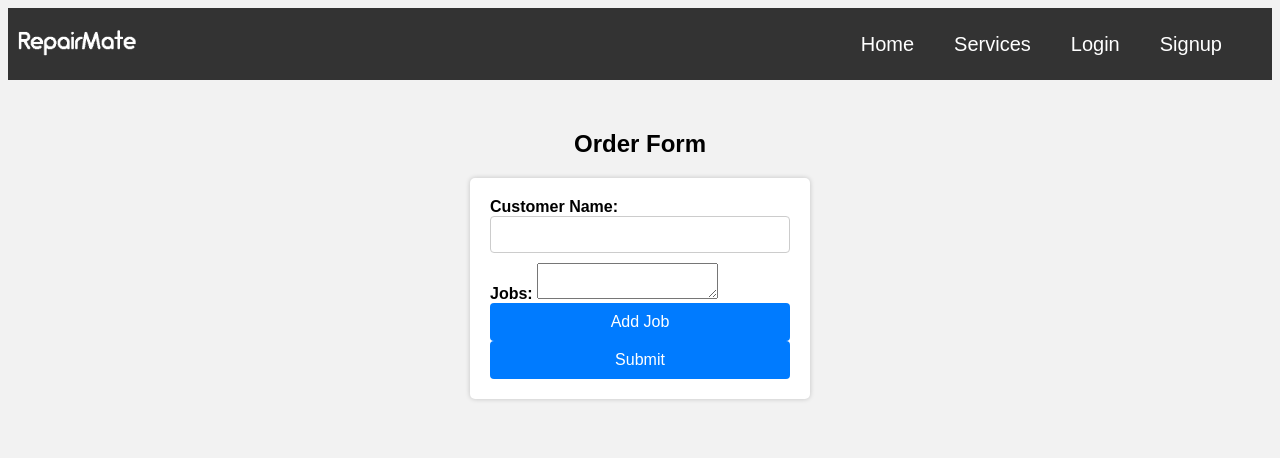
Repository: rohann12/RepairMate
Page: http://localhost/Garage/JSP/orderMultiple.jsp
An editor plug-in stored every save of this project. The page is shown before and after the next save, followed by the edit.
The browser window is 1280 px wide. The pictures show the whole page.
The page is served by Tomcat 9. Other server files are loaded and not shown.

Above is the page before, as saved 2023-06-22 13:52:36.

### Garage/src/main/webapp/JSP/orderMultiple.jsp
<%@ page language="java" contentType="text/html; charset=UTF-8" pageEncoding="UTF-8" %>
<%@ page import="java.sql.*" %>
<%@ page import="com.database.dbconn" %>



<!DOCTYPE html>
<html>
<head>
  <title>Order Form</title>
  <link rel="stylesheet" href="../CSS/order.css"/>
</head>
<body>
<jsp:include page="nav.jsp" />

<h2>Order Form</h2>
<form action="ordermul.jsp" method="post">

  <label for="customer_name">Customer Name:</label>
  <input type="text" id="customer_name" name="customer_name" required>

  <label for="jobs">Jobs:</label>
  <textarea id="jobs" name="jobs[]" required></textarea>
  <button type="button" onclick="addJob()">Add Job</button>

  <button type="submit">Submit</button>
</form>

<script>
  function addJob() {
    var jobsContainer = document.getElementById("jobs");
    var newJobInput = document.createElement("textarea");
    newJobInput.setAttribute("name", "jobs[]");
    newJobInput.setAttribute("required", "true");
    jobsContainer.appendChild(newJobInput);
  }
</script>

</body>
</html>

### Garage/src/main/webapp/JSP/nav.jsp
<%@page contentType="text/html" pageEncoding="UTF-8"%>
<%@page import="javax.servlet.http.HttpSession"%>

<style>
nav {
  background-color: #333;
  padding: 10px;
  display: flex;
  justify-content: space-between;
  align-items: center;
}

.navbar-logo img {
  height: 40px;
}

.navbar-links ul {
  list-style-type: none;
  margin: 0;
  padding: 0;
  display: flex;
}

.navbar-links li {
  margin-right: 20px;
}

.navbar-links li a {
  color: #fff;
  text-decoration: none;
  font-size: 16px;
  font-size: 20px;
    margin-right: 20px;


}

.navbar-links li a:hover {
  color: #ff6600;

}
.navbar-logo{
margin-top:8px;
}
</style>
<nav>
  <div class="navbar-logo">

      <a href=index.jsp><img src="../Contents/logo.png" alt="Logo"></a>


  </div>
  <div class="navbar-links">
    <ul>
      <li><a href="index.jsp">Home</a></li>
      <li><a href="order.jsp">Services</a></li>

       <%-- Checking session to determine login/logout links --%>
      <%
        HttpSession s = request.getSession(false);
        if (s != null && s.getAttribute("username") != null) {
          // User is logged in, show logout link
          %>
          <li class="jobs"><a href="jobs.jsp">Jobs</a></li>
          <li class="logout"><a href="logout.jsp">Logout</a></li>

          <%
        } else {
          // User is not logged in, show login link
          %>
          <li class="login"><a href="login.jsp">Login</a></li>
          <li class="Signup"><a href="reg.jsp">Signup</a></li>
          <%
        }
      %>
    </ul>
  </div>
</nav>

### Garage/src/main/webapp/CSS/order.css
body {
  font-family: Arial, sans-serif;
  background-color: #f2f2f2;
}

h2 {
  text-align: center;
  margin-top: 50px;
}

form {
  width: 300px;
  margin: 0 auto;
  padding: 20px;
  background-color: #fff;
  border-radius: 5px;
  box-shadow: 0 0 5px rgba(0, 0, 0, 0.2);
}

label {

  font-weight: bold;
}

input[type="text"],
input[type="password"],
input[type="number"],
input[type="datetime-local"]{
  width: 100%;
  padding: 10px;
  margin-bottom: 10px;
  border: 1px solid #ccc;
  border-radius: 4px;
  box-sizing: border-box;
  font-family: FontAwesome, Arial, sans-serif;
}

.error-message {
  color: red;
}

.backend-error-message {
  color: red;
  text-align: center;
}

button[type="submit"],
button[type="button"] {
  width: 100%;
  padding: 10px;
  background-color: #007bff;
  color: #fff;
  border: none;
  border-radius: 4px;
  cursor: pointer;
  font-size: 16px;
}

button[type="submit"]:hover,
button[type="button"]:hover {
  background-color: #0056b3;
}

hr {
  margin-top: 20px;
  margin-bottom: 10px;
  border: 0;
  border-top: 1px solid #ccc;
}

span {
  display: block;
  text-align: center;
}

span b {
  font-weight: bold;
}

a {
  text-decoration: none;
}

After the next save:
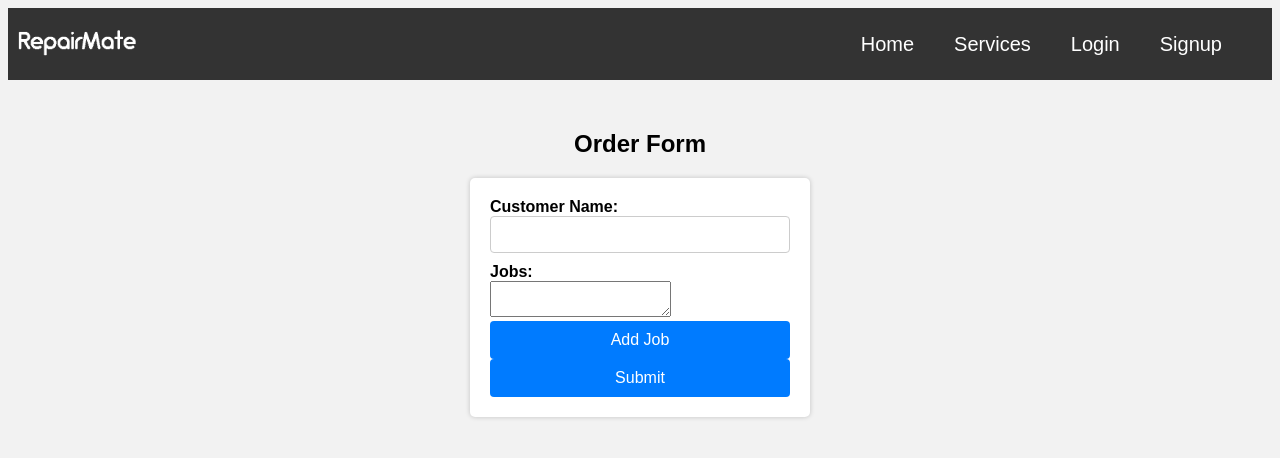
Saved 2 min 24 s later.
--- a/Garage/src/main/webapp/JSP/orderMultiple.jsp
+++ b/Garage/src/main/webapp/JSP/orderMultiple.jsp
@@ -1,9 +1,3 @@
-<%@ page language="java" contentType="text/html; charset=UTF-8" pageEncoding="UTF-8" %>
-<%@ page import="java.sql.*" %>
-<%@ page import="com.database.dbconn" %>
-
-
-
 <!DOCTYPE html>
 <html>
 <head>
@@ -14,13 +8,15 @@
 <jsp:include page="nav.jsp" />
 
 <h2>Order Form</h2>
-<form action="ordermul.jsp" method="post">
+<form action="orderInsert.jsp" method="post">
 
   <label for="customer_name">Customer Name:</label>
   <input type="text" id="customer_name" name="customer_name" required>
 
   <label for="jobs">Jobs:</label>
-  <textarea id="jobs" name="jobs[]" required></textarea>
+  <div id="jobsContainer">
+    <textarea name="jobs[]" required></textarea>
+  </div>
   <button type="button" onclick="addJob()">Add Job</button>
 
   <button type="submit">Submit</button>
@@ -28,7 +24,7 @@
 
 <script>
   function addJob() {
-    var jobsContainer = document.getElementById("jobs");
+    var jobsContainer = document.getElementById("jobsContainer");
     var newJobInput = document.createElement("textarea");
     newJobInput.setAttribute("name", "jobs[]");
     newJobInput.setAttribute("required", "true");
